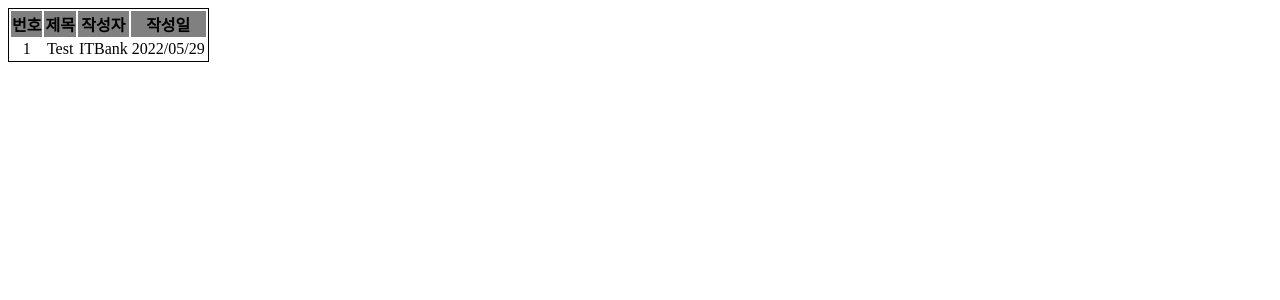
Repository: jjb5442/JSP
Page: http://localhost/07_JSP_FinalProject/board.jsp
These files come from the project's save history. The page is drawn as it stood at one moment and after the next save; the edit follows.
The browser window is 1280 px wide. The pictures show the whole page.
Some web libraries are served in a nearby version. The page is served by Tomcat 9. Other server files are loaded and not shown.

Above is the page before, as saved 2022-05-29 01:20:28.

### 8Day/workspace/07_JSP_FinalProject/src/main/webapp/board.jsp
<%@ page language="java" contentType="text/html; charset=UTF-8"
    pageEncoding="UTF-8"%>
<!DOCTYPE html>
<html>
<head>
<meta charset="UTF-8">
<title>Insert title here</title>
</head>
<body>
	<div class="container">
		<div class="row">
			<table class="table table-striped" style="text-align: center; border: 1px solid black;">
				<thead>
					<tr style="background-color: gray; text-align: center;">
						<th>번호</th>
						<th>제목</th>
						<th>작성자</th>
						<th>작성일</th>
					</tr>
				</thead>
				<tbody>
					<tr>
						<td>1</td>
						<td>Test</td>
						<td>ITBank</td>
						<td>2022/05/29</td>
					</tr>
				</tbody>
			</table>
		</div>
	</div>
</body>
</html>

### 8Day/workspace/07_JSP_FinalProject/src/main/webapp/top.jsp
<%@ page language="java" contentType="text/html; charset=UTF-8"
    pageEncoding="UTF-8"%>
<%
	String[] url = request.getRequestURL().toString().split("/");
	String pageName = url[url.length - 1];
%>
<!DOCTYPE html>
<html>
<head>
<meta charset="UTF-8">
<title>Insert title here</title>
<!-- 화면 최적화 -->
<meta name="viewport" content="width-device-width" initial-scale="1">
<link rel="stylesheet" href="css/bootstrap.css">
</head>
<body>
	<!-- 부트스트랩 : 페이지를 꾸며주는 기능들이 들어있는 라이브러리 -->
	<nav class="navbar navbar-default"> <!-- 네비게이션 -->
		<div class="navbar-header"> 	<!-- 네비게이션 상단 부분 -->
			<!-- 네비게이션 상단 박스 영역 -->
			<button type="button" class="navbar-toggle collapsed"
				data-toggle="collapse" data-target="#bs-example-navbar-collapse-1"
				aria-expanded="false">
				<!-- 이 삼줄 버튼은 화면이 좁아지면 우측에 나타난다 -->
				<span class="icon-bar"></span>
				<span class="icon-bar"></span>
				<span class="icon-bar"></span>
			</button>
			<a class="navbar-brand" href="main.jsp">JSP 게시판 웹 사이트</a>
		</div>
		<div class="collapse navbar-collapse" id="bs-example-navbar-collapse-1">
			<ul class="nav navbar-nav">

				<% if(pageName.equals("main.jsp")) {%>
					<li class="active"><a href="main.jsp">메인</a></li>
				<% }else{ %>
					<li><a href="main.jsp">메인</a></li>
				<% } %>


				<% if(pageName.equals("board.jsp")) {%>
					<li class="active"><a href="board.jsp">게시판</a></li>
				<% }else{ %>
					<li><a href="board.jsp">게시판</a></li>
				<% } %>

			</ul>
			<!-- 헤더 우측에 나타나는 드랍다운 영역 -->
			<ul class="nav navbar-nav navbar-right">
				<% if(session.getAttribute("id") == null) {%>

					<% if(pageName.equals("login.jsp")) {%>
						<li class="active"><a href="login.jsp">로그인</a></li>
					<% }else{ %>
						<li><a href="login.jsp">로그인</a></li>
					<% } %>

					<% if(pageName.equals("register.jsp")) {%>
						<li class="active"><a href="register.jsp">회원가입</a></li>
					<% }else{ %>
						<li><a href="register.jsp">회원가입</a></li>
					<% } %>

				<% }else{ %>
					<li><a href="logout_action.jsp">로그아웃</a></li>
				<% } %>
			</ul>
		</div>
	</nav>
	<script src="https://code.jquery.com/jquery-3.1.1.min.js"></script>
	<script src="js/bootstrap.js"></script>
</body>
</html>

Loaded but not shown: 8Day/workspace/07_JSP_FinalProject/src/main/webapp/css/bootstrap.css (library); 8Day/workspace/07_JSP_FinalProject/src/main/webapp/js/bootstrap.js (library)

After the next save:
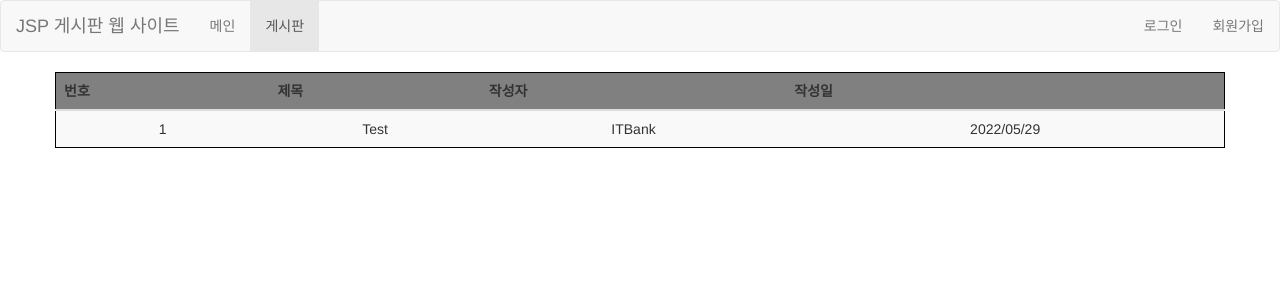
Saved 2 min 2 s later.
--- a/8Day/workspace/07_JSP_FinalProject/src/main/webapp/board.jsp
+++ b/8Day/workspace/07_JSP_FinalProject/src/main/webapp/board.jsp
@@ -7,6 +7,7 @@
 <title>Insert title here</title>
 </head>
 <body>
+	<jsp:include page="top.jsp"></jsp:include>
 	<div class="container">
 		<div class="row">
 			<table class="table table-striped" style="text-align: center; border: 1px solid black;">
